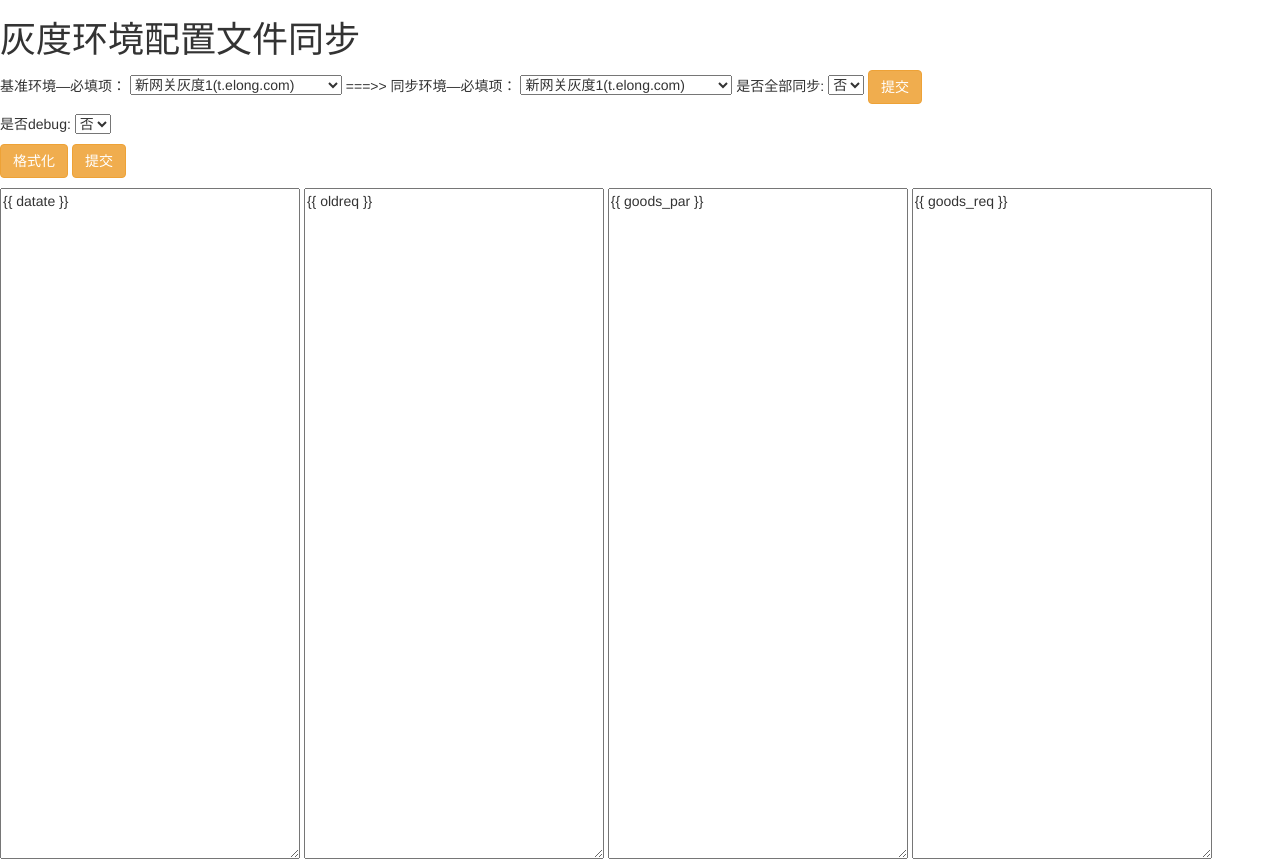
Repository: wangyanqing666/study
Page: other.html
An editor plug-in stored every save of this project. The page is shown before and after the next save, followed by the edit.
The browser window is 1280 px wide. The pictures show the whole page.

Above is the page before, as saved 2020-09-28 14:07:30.

### other.html

<!DOCTYPE html>
<html lang="en">

<head>
    <meta charset="UTF-8">
    <meta name="viewport" content="width=device-width, initial-scale=1.0">
    <title>Document</title>
    <!-- 最新版本的 Bootstrap 核心 CSS 文件 -->
    <link rel="stylesheet" href="https://cdn.jsdelivr.net/npm/bootstrap@3.3.7/dist/css/bootstrap.min.css"
        integrity="sha384-BVYiiSIFeK1dGmJRAkycuHAHRg32OmUcww7on3RYdg4Va+PmSTsz/K68vbdEjh4u" crossorigin="anonymous">
    <script src="https://cdn.bootcss.com/jquery/3.4.1/jquery.js"></script>
    <script>
        function beautify() {

            $.each($('textarea'), function (i, n) {
                $(this).css({ 'border-color': "" });

                jsonStr = $(this).val();
                var input;
                try {
                    if (jsonStr.length == 0) {
                        return false;
                    } else if (!isJSON(jsonStr)) {
                        $(this).css({ 'border-color': "red" });


                        return alert($(this).prop('placeholder') + '您输入的内容非正规json格式，请检查后重试！');

                    }
                    input = eval('(' + jsonStr + ')');
                } catch (error) {
                    console.log(error);
                    return alert('JSON 格式化错误！');

                }

                $(this).val(JSON.stringify(input, null, 4));

            })


        };

        function isJSON(str) {
            if (typeof str === 'string') {
                try {
                    let obj = JSON.parse(str);
                    if (typeof obj === 'object' && obj) {
                        return obj;
                    } else {
                        return false;
                    }
                } catch (error) {
                    console.log(error);
                    return false;
                }
            }
        };

        $(function () {

            $('#tj1').click(function () {
                var jsonStr = $('#editor1').val();
                var env = $('#env').val();
                var debug = $('#debug').val();
                try {
                    if (jsonStr.length == 0) {
                        return false;
                    } else if (!isJSON(jsonStr)) {

                        return alert('您输入的内容非正规json格式，请检查后重试！');
                    }
                } catch (error) {
                    return alert('JSON 格式化错误！');

                }
                $('#tj1').attr("disabled", true);

                $.ajax({
                    url: '/alaskasend',
                    type: 'POST',
                    dataType: 'json',
                    contentType: 'application/json;charset=UTF-8',
                    data: JSON.stringify({ jstr: jsonStr, env: env, debug: debug }),
                    success: function (respone) {
                        $('#tj1').attr("disabled", false);


                        if (respone.erron == 0) {
                            // alert('接口请求成功')
                            $('#editor2').val(respone.oldreq)
                            $('#editor3').val(respone.goods_par)
                            $('#editor4').val(respone.goods_req)

                        } else {
                            // 请求失败
                            $('#warning1').text(respone.errmsg)
                            $('#tj1').attr("disabled", false);


                        }
                    },
                    error: function () {
                        alert('服务器超时，请重试！');
                    }
                });

            });

        });


    </script>


</head>

<body>
    <div style="border:5px solid #ddd text-indent 2em;">
        <h1>灰度环境配置文件同步</h1>
        <div >
            <h5>
                <span>基准环境—必填项：</span>
                <select id="baseenv" name="baseenv">
                    <option value=1>新网关灰度1(t.elong.com)</option>
                    <option value=2>新网关灰度2(huidu2.vip.elong)</option>
                    <option value=3>新网关灰度3(huidu3.vip.elong)</option>
                    <option value=4>线上环境(api2011.elong.com)</option>
                </select>
                <span>===>></span>
                <span>同步环境—必填项：</span>
                <select id="synenv" name="synenv">
                    <option value=1>新网关灰度1(t.elong.com)</option>
                    <option value=2>新网关灰度2(huidu2.vip.elong)</option>
                    <option value=3>新网关灰度3(huidu3.vip.elong)</option>
                    <option value=4>线上环境(api2011.elong.com)</option>
                </select>
                <span>是否全部同步:</span>
                <select id="debug" name="debug">
                    <option value=0>否</option>
                    <option value=1>是</option>
                </select>
                <span><button type="button" class="btn btn-warning" id="tj1">提交</button></span>

            </h5>
            <h5>
                <span>是否debug:</span>
                <select id="debug" name="debug">
                    <option value="false">否</option>
                    <option value="true">是</option>
                </select>
            </h5>
            <button type="button" class="btn btn-warning" id="formatting" onclick="beautify();">格式化</button>

            <button type="button" class="btn btn-warning" id="tj1">提交</button>


            <div class="col-md-12" id="warning">
                <p><strong id="warning1"></strong></p>
            </div>

        </div>
        <div>
            <textarea class="column " style="height: 671px; width: 300px;" id="editor1" placeholder="Fiddle抓包请求"
                spellcheck="false" name="jstr">{{ datate }}</textarea>
            <textarea id="editor2" style="height: 671px; width: 300px;" class="clumn " placeholder="原始出参"
                name="jstr1">{{ oldreq }}</textarea>
            <textarea id="editor3" style="height: 671px; width: 300px;" class="clumn " placeholder="商品库出参"
                name="jstr2">{{ goods_par }}</textarea>
            <textarea id="editor4" style="height: 671px; width: 300px;" class="clumn " placeholder="商品库入参"
                name="jstr2">{{ goods_req }}</textarea>
        </div>

    </div>
</body>

</html>

After the next save:
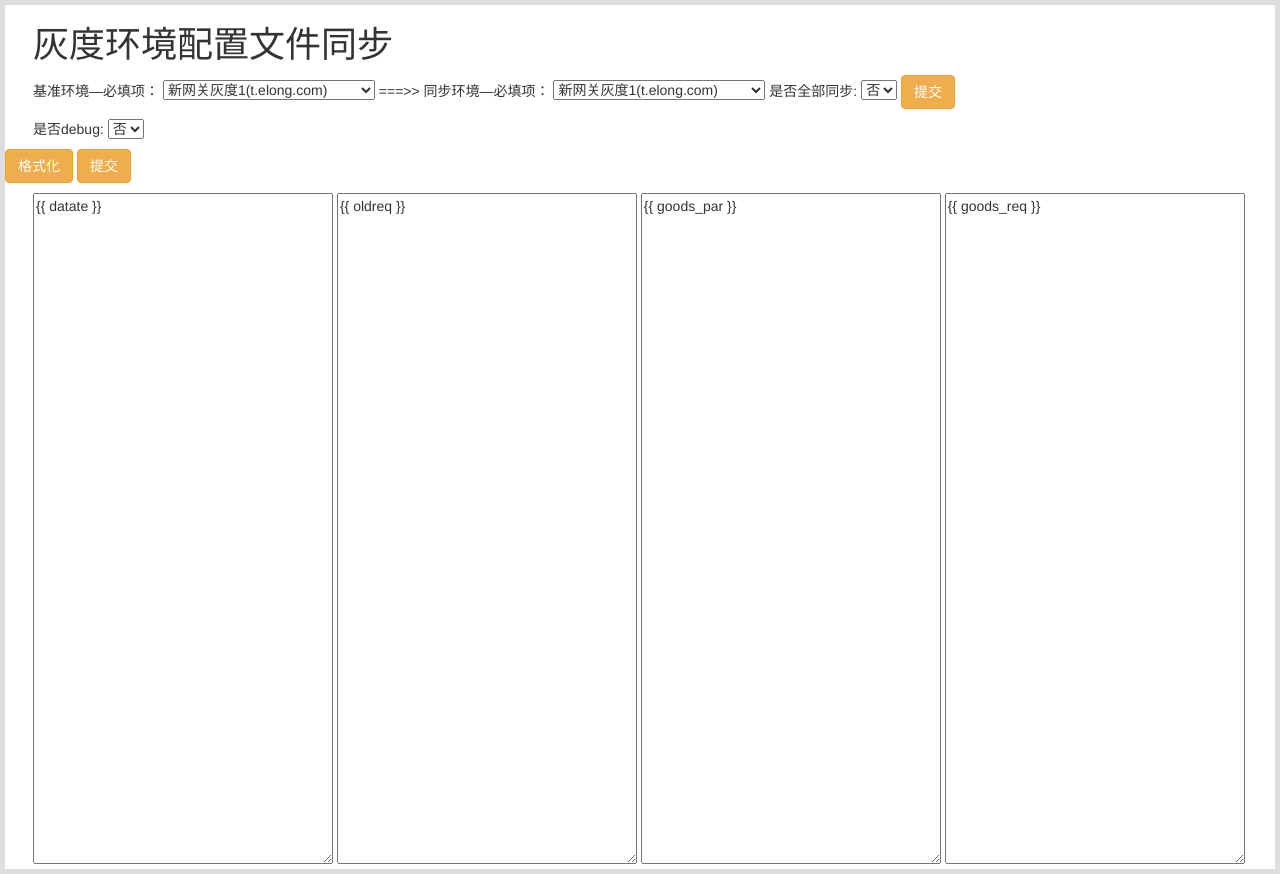
Saved 38 s later.
--- a/other.html
+++ b/other.html
@@ -117,7 +117,7 @@
 </head>
 
 <body>
-    <div style="border:5px solid #ddd text-indent 2em;">
+    <div style="border:5px solid #ddd ;text-indent:2em;">
         <h1>灰度环境配置文件同步</h1>
         <div >
             <h5>
